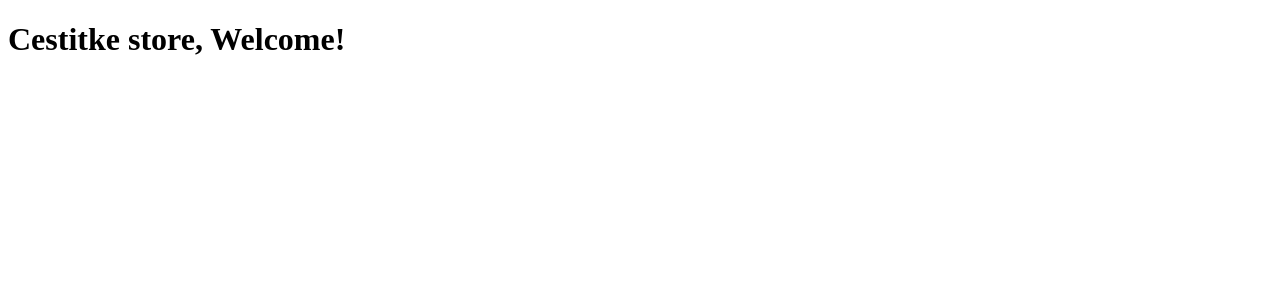
Repository: ObradovicNikola/pmf-rzk-part2
Page: http://localhost/CestitkeWEB/
These files come from the project's save history. The page is drawn as it stood at one moment and after the next save; the edit follows.
The browser window is 1280 px wide. The pictures show the whole page.
The page is served by Tomcat 9.

Above is the page before, as saved 2022-12-06 18:33:56.

### CestitkeWEB/src/main/webapp/index.jsp
<%@ page language="java" contentType="text/html; charset=UTF-8"
    pageEncoding="UTF-8"%>
<!DOCTYPE html>
<html>
<head>
<meta charset="UTF-8">
<title>Cestitke</title>
</head>
<body>
	<h1>Cestitke store, Welcome!</h1>

	<br />
	<br />
	<br />

</body>
</html>

After the next save:
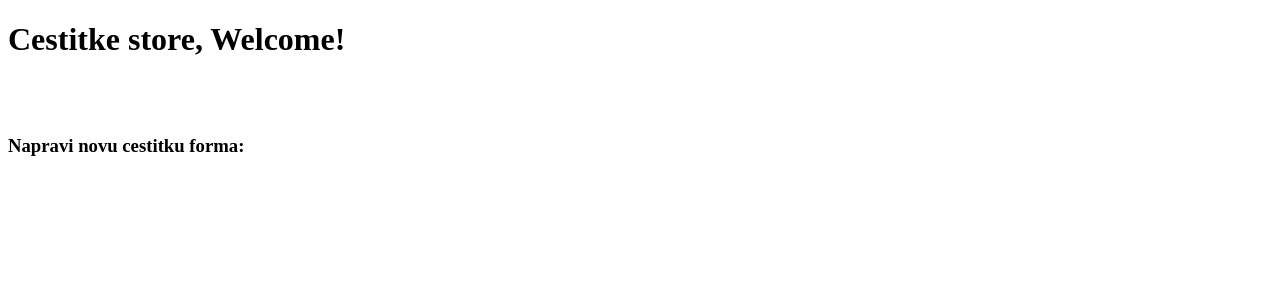
Saved 2 min 16 s later.
--- a/CestitkeWEB/src/main/webapp/index.jsp
+++ b/CestitkeWEB/src/main/webapp/index.jsp
@@ -11,7 +11,11 @@
 
 	<br />
 	<br />
+	<h3>Napravi novu cestitku forma:</h3>
 	<br />
+	<br />
+	<form action="CestitkeServlet">
 
+	</form>
 </body>
 </html>
